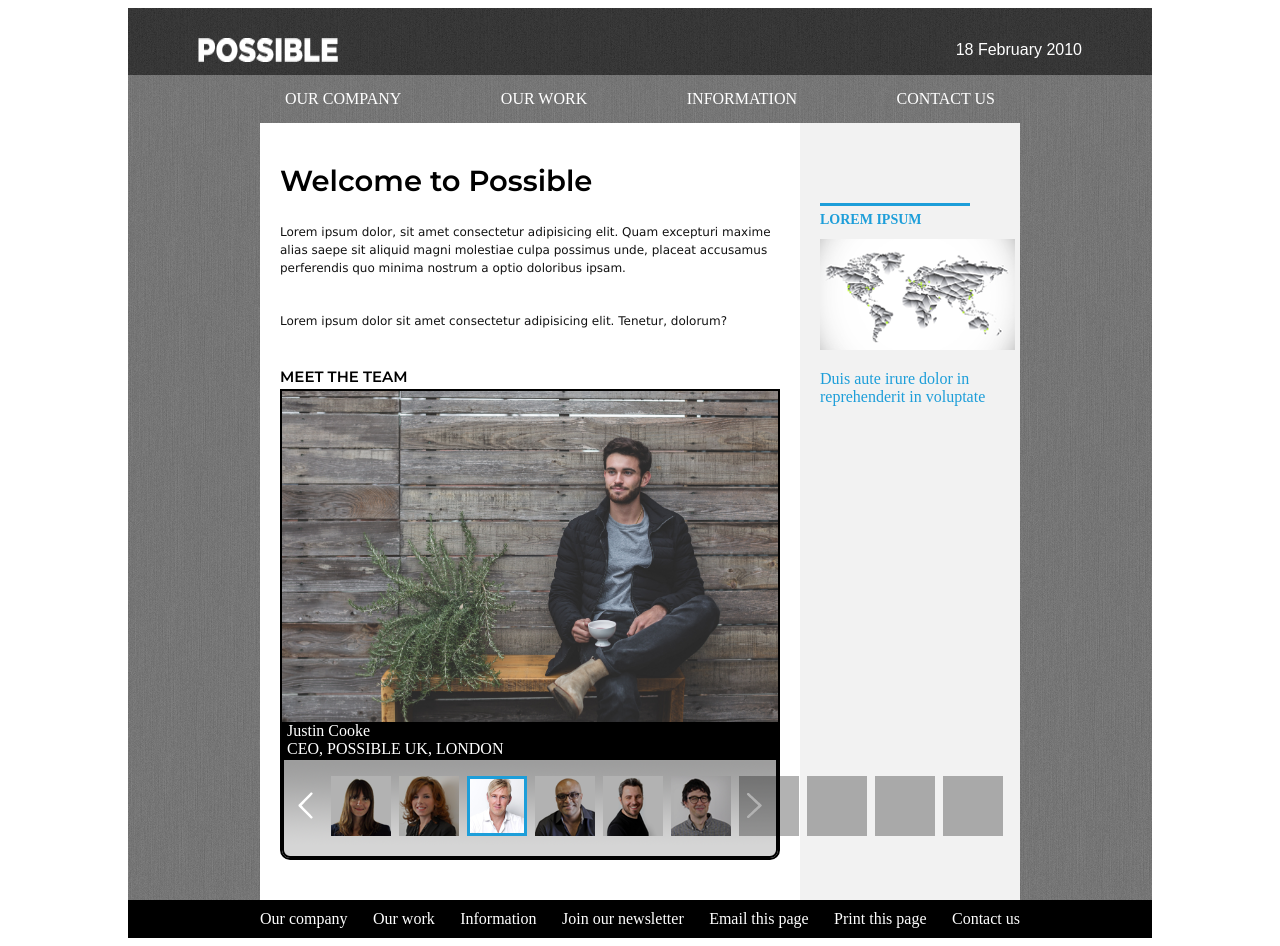
Repository: grzegorzgebala/possible-site
Page: index.html
An editor plug-in stored every save of this project. The page is shown before and after a run of saves, followed by the edit.
The browser window is 1280 px wide. The pictures show the whole page.
The style sheet was rebuilt from its Sass, Less or Tailwind sources for each picture, by a compiler version that may differ from the author's.

Above is the page before, as saved 2020-02-16 19:00:24.

### index.html
<!DOCTYPE html>
<html>
	<head>
        <meta charset="utf-8">
        <link href="https://fonts.googleapis.com/css?family=Montserrat:600&display=swap" rel="stylesheet">
		<link rel="stylesheet" type="text/css" href="css/style.css">
		<title>Possible page</title>
	</head>
	<body>
        <div class="container">
            <header>
                <img src="images/logo.png" alt="possible logo">
                <div class="date">18 February 2010</div>
            </header>
            <nav class="menu">
                <ul>
                    <li>our company</li>
                    <li>our work</li>
                    <li>information</li>
                    <li>contact us</li>
                </ul>
            </nav>
            <div class="mainSite">
                <div class="leftSide">
                    <div class="welcome">Welcome to Possible</div>
                    <article>Lorem ipsum dolor, sit amet consectetur adipisicing elit. Quam excepturi maxime alias saepe sit aliquid magni molestiae culpa possimus unde, placeat accusamus perferendis quo minima nostrum a optio doloribus ipsam.</article>
                    <article>Lorem ipsum dolor sit amet consectetur adipisicing elit. Tenetur, dolorum?</article>
                    <div class="meetTitle">Meet the team</div>
                    <div class="carousel">
                        <img id="big" src="/images/employees/picture1.png" alt="possible logo">
                        <div class="descriptor">
                            <div>Justin Cooke</div>
                            <div>CEO, POSSIBLE UK, LONDON</div>
                        </div>
                        <div class="miniatures">
                            <button class="leftArrow arrow">
                                <img src="/images/icons/leftArrow.png" alt="leftArrow">
                            </button>
                            <div class="miniaturesContainer">
                                <ul class="carouselTrack">
                                    <li class="carouselSlide">
                                        <div class="pictureContainer"></div>
                                        <img class="carouselImage currentSlide" src="/images/employees/min1.png" alt="person1">
                                    </li>
                                    <li class="carouselSlide">
                                        <div class="pictureContainer"></div>
                                        <img class="carouselImage" src="/images/employees/min2.png" alt="person2">
                                    </li>
                                    <li class="carouselSlide">
                                        <div class="activeImg"></div>
                                        <img class="carouselImage" src="/images/employees/min3.png" alt="person3">
                                    </li>
                                    <li class="carouselSlide">
                                        <div class="pictureContainer"></div>
                                        <img class="carouselImage" src="/images/employees/min4.png" alt="person4">
                                    </li>
                                    <li class="carouselSlide">
                                        <div class="pictureContainer"></div>
                                        <img class="carouselImage" src="/images/employees/min5.png" alt="person5">
                                    </li>
                                    <li class="carouselSlide">
                                        <div class="pictureContainer"></div>
                                        <img class="carouselImage" src="/images/employees/min6.png" alt="person6">
                                    </li>
                                    <li class="carouselSlide">
                                        <div class="pictureContainer"></div>
                                        <img class="carouselImage" src="/images/employees/min7.png" alt="person7">
                                    </li>
                                    <li class="carouselSlide">
                                        <div class="pictureContainer"></div>
                                        <img class="carouselImage" src="/images/employees/min8.png" alt="person8">
                                    </li>
                                    <li class="carouselSlide">
                                        <div class="pictureContainer"></div>
                                        <img class="carouselImage" src="/images/employees/min9.png" alt="person9">
                                    </li>
                                    <li class="carouselSlide">
                                        <div class="pictureContainer"></div>
                                        <img class="carouselImage" src="/images/employees/min10.png" alt="person10">
                                    </li>
                                </ul>
                            </div>
                            <button onclick="myFunc()" class="rightArrow arrow">
                                <img src="/images/icons/rightArrow.png" alt="rightArrow">
                            </button>
                        </div>
                    </div>
                </div>
                <div class="rightSide">
                    <div class="rightTitle">lorem ipsum</div>
                    <img src="/images/map.png" alt="map">
                    <p>Duis aute irure dolor  in reprehenderit in voluptate</p>
                </div>
            </div>
            <footer>
                <ul>
                    <li>our company</li>
                    <li>our work</li>
                    <li>information</li>
                    <li>join our newsletter</li>
                    <li>email this page</li>
                    <li>print this page</li>
                    <li>contact us</li>
                </ul>
            </footer>
        </div>
    </body>
    <script type="text/javascript" src="/js/script.js"></script>
</html>

### js/script.js
// const click1 = document.getElementById("1");
// const click2 = document.getElementById("2");
// const click3 = document.getElementById("3");
// const big = document.getElementById("big");

// click1.addEventListener('click', (click) => {
//     console.log(click);
//     big.setAttribute('src', '/images/employees/picture2.png');
// })

// function myFunc() {
//     console.log('Jestem w myFunc');
//     document.getElementById("big").setAttribute('src', '/images/employees/picture2.png');
// }

const track = document.querySelector(".carouselTrack");
console.log('track: ',track);
const slides = Array.from(track.children);
console.log(slides);
const nextButton = document.querySelector('.rightArrow');
const prevButton = document.querySelector('.leftArrow');

const slideWidth = slides[0].getBoundingClientRect().width;

const setSlidePosition = (slide, index) => {
    slide.style.left = slideWidth * index + 'px';
};

slides.forEach(setSlidePosition);

// slides[0].style.left = slideWidth * 0 + 'px';

prevButton.addEventListener('click', e => {
    const currentSlide = track.querySelector(".currentSlide");
    console.log(currentSlide);
    const nextSlide = currentSlide.nextElementSibling;
    console.log(nextSlide);
    const amountToMove = nextSlide.style.left;

    track.style.transform = 'translateX(' + amountToMove + ')';

})

// when I click left, move slides to the left
// when I click right move slide to the right

### sass/style.scss
// variables
$menuElementsColor: #ffffff;
$contentElementsColor: #000000;
$footerBackgroundColor: #000000;
$menuHooverColor: #000000;
$activeMenuColor: #1d9ed9;
$sideMenuColor: #1d9ed9;
$fontMenu: "Proxima Nova";
$leftSideBackgroundColor: #ffffff;
$rightSideBackgroundColor: #f2f2f2;
$contentHeaderFont: "Montserrat", sans-serif;;
$contentDescriptionFont: "Verdana";
$contentColor: #121212;

// page style
.container {
    max-width: 1024px;
    margin: 0 auto;
    background-image: url("/images/mainBackground.png");
}

// header style
header {
    background-image: url("/images/backgroundHeader.png");
    display: flex;
    justify-content: space-between;
    padding: 30px 70px 13px 70px;

    .date {
        color: $menuElementsColor;
        // font-size: 12px;
        line-height: 24px;
        font-family: "Arial";
        // font-weight: bold;
    }
}

// menu
.menu ul {
    max-width: 760px;
    margin: 5px auto;
    display: flex;
    justify-content: space-between;
    list-style-type: none;
    color: $menuElementsColor;
    text-transform: uppercase;
    padding: 0;

    :hover {
        background-color: $menuHooverColor;
        color: $activeMenuColor;
        cursor: pointer;
    }

    li {
        padding: 10px 25px;
    }
}

// main content
.mainSite {
    max-width: 760px;
    margin: 0 auto;
    display: flex;
    justify-content: center;
    flex-direction: row;

    .leftSide {
        width: 100%;
        max-width: 500px;
        background-color: $leftSideBackgroundColor;
        padding: 40px 20px;

        .welcome {
            font-family: $contentHeaderFont;
            margin: 0;
            font-size: 29px;
            font-weight: bold;
        }

        article {
            font-family: $contentDescriptionFont;
            font-size: 12px;
            line-height: 18px;
            color: $contentColor;
            margin-top: 25px;
            margin-bottom: 35px;
        }
        .meetTitle {
            font-size: 15px;
            line-height: 24px;
            text-transform: uppercase;
            color: $contentElementsColor;
            font-family: $contentHeaderFont;
        }

        .descriptor {
            background-color: black;
            padding-left: 5px;

            div {
                color: white;
            }
        }

        .carousel {
            display: flex;
            flex-direction: column;
            border: 2px solid black;
            border-bottom-left-radius: 10px;
            border-bottom-right-radius: 10px;

            .miniatures {
                // overflow: hidden;
                background-image: url("/images/carouseleBackground.png");
                display: flex;
                // justify-content: space-between;
                // align-items: center;
                // padding: 20px 15px;
                border: 2px solid black;
                border-bottom-left-radius: 8px;
                border-bottom-right-radius: 8px;

                .miniaturesContainer {
                    max-width: 500px;
                    overflow: hidden;
                    display: flex;
                    justify-content: space-between;
                }
                .carouselTrack {
                    display: flex;
                    justify-content: space-between;
                    // align-items: center;
                    list-style-type: none;
                    // width: 100%;
                    padding: 0;

                    .carouselSlide {
                        margin: 0 4px;
                        // margin-right: 10px;
                        // height: 60px;
                        // width: 60px;
                        .carouselImage {

                            // width: 100%;
                            // object-fit: cover;
                        }
                    }
                }

                .pictureContainer {
                    width: 60px;
                    height: 60px;
                    position: absolute;
                    z-index: 1;
                    background: black;
                    opacity: .3;
                }

                .activeImg {
                    position: absolute;
                    z-index: 1;
                    width: 54px;
                    height: 54px;
                    border: 3px solid $sideMenuColor;
                }

                .arrow {
                    margin: 0 14px;
                }

                button {
                    background: none;
                    color: inherit;
                    border: none;
                    padding: 0;
                    font: inherit;
                    cursor: pointer;
                    outline: inherit;
                }
            }
        }
    }


    .rightSide {
        background-color: $rightSideBackgroundColor;
        width: 40%;
        padding-left: 20px;

        .rightTitle {
            text-transform: uppercase;
            color: $sideMenuColor;
            font-weight: bold;
            font-size: 14px;
            line-height: 18px;
            border-top: 3px solid $sideMenuColor;
            width: 150px;
            margin-top: 80px;
            margin-bottom: 10px;
            padding-top: 5px;
        }

        p {
            color: $sideMenuColor;
        }
    }

}

// footer
footer {
    background: $footerBackgroundColor;
}

footer ul {
    display: flex;
    justify-content: space-between;
    max-width: 760px;
    margin: 0 auto;
    list-style-type: none;
    color: $menuElementsColor;
    background: $footerBackgroundColor;
    padding: 10px;

    :hover {
        color: $activeMenuColor;
        cursor: pointer;
    }

    li::first-letter {
        text-transform: uppercase;
    }
}

After the next 2 saves:
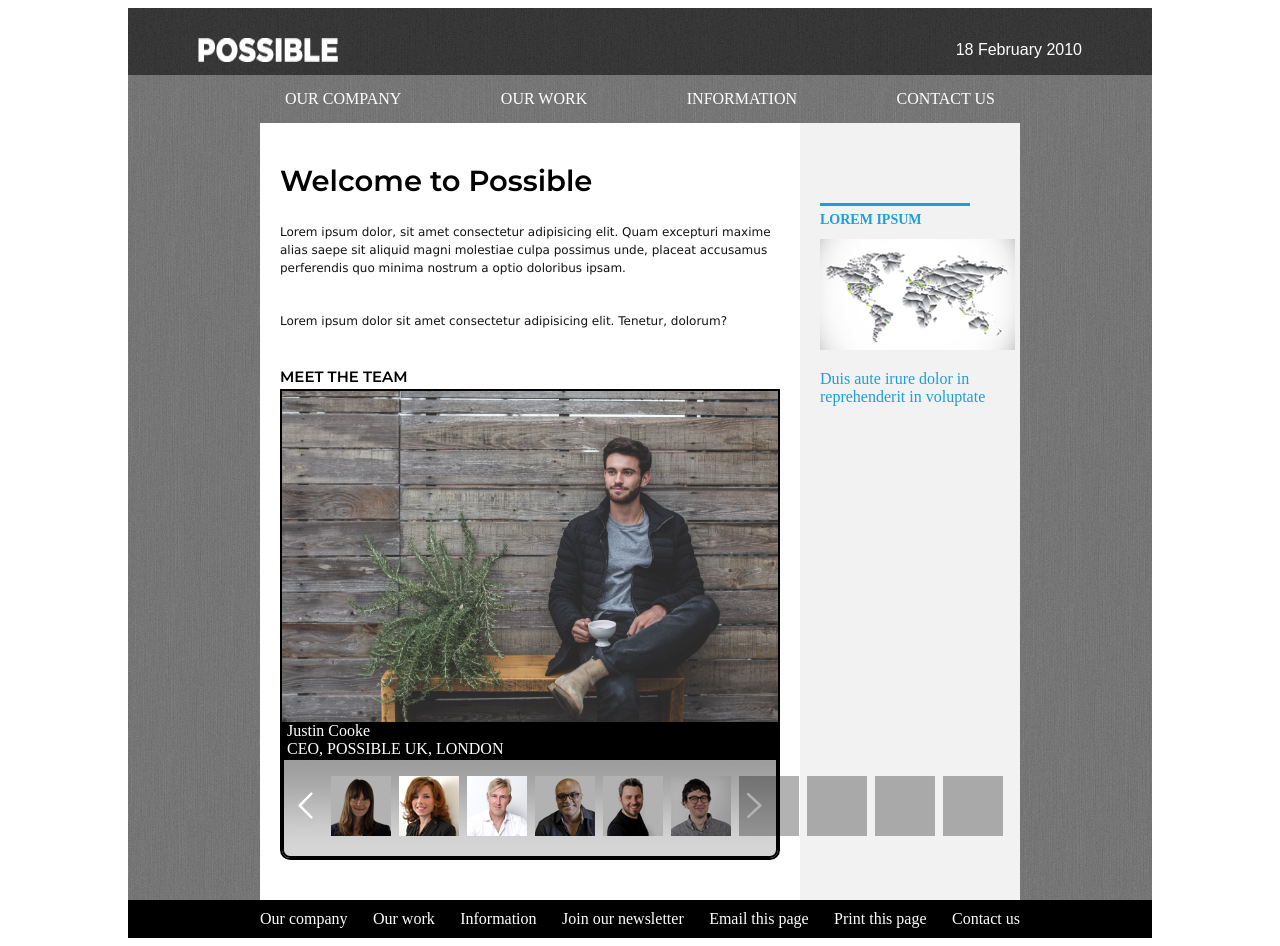
The 2 saves are shown as one change because they came seconds apart.
The last was saved 2 min 37 s later.
--- a/index.html
+++ b/index.html
@@ -43,11 +43,11 @@
                                         <img class="carouselImage currentSlide" src="/images/employees/min1.png" alt="person1">
                                     </li>
                                     <li class="carouselSlide">
-                                        <div class="pictureContainer"></div>
+                                        <!-- <div class="pictureContainer"></div> -->
                                         <img class="carouselImage" src="/images/employees/min2.png" alt="person2">
                                     </li>
                                     <li class="carouselSlide">
-                                        <div class="activeImg"></div>
+                                        <!-- <div class="activeImg"></div> -->
                                         <img class="carouselImage" src="/images/employees/min3.png" alt="person3">
                                     </li>
                                     <li class="carouselSlide">
